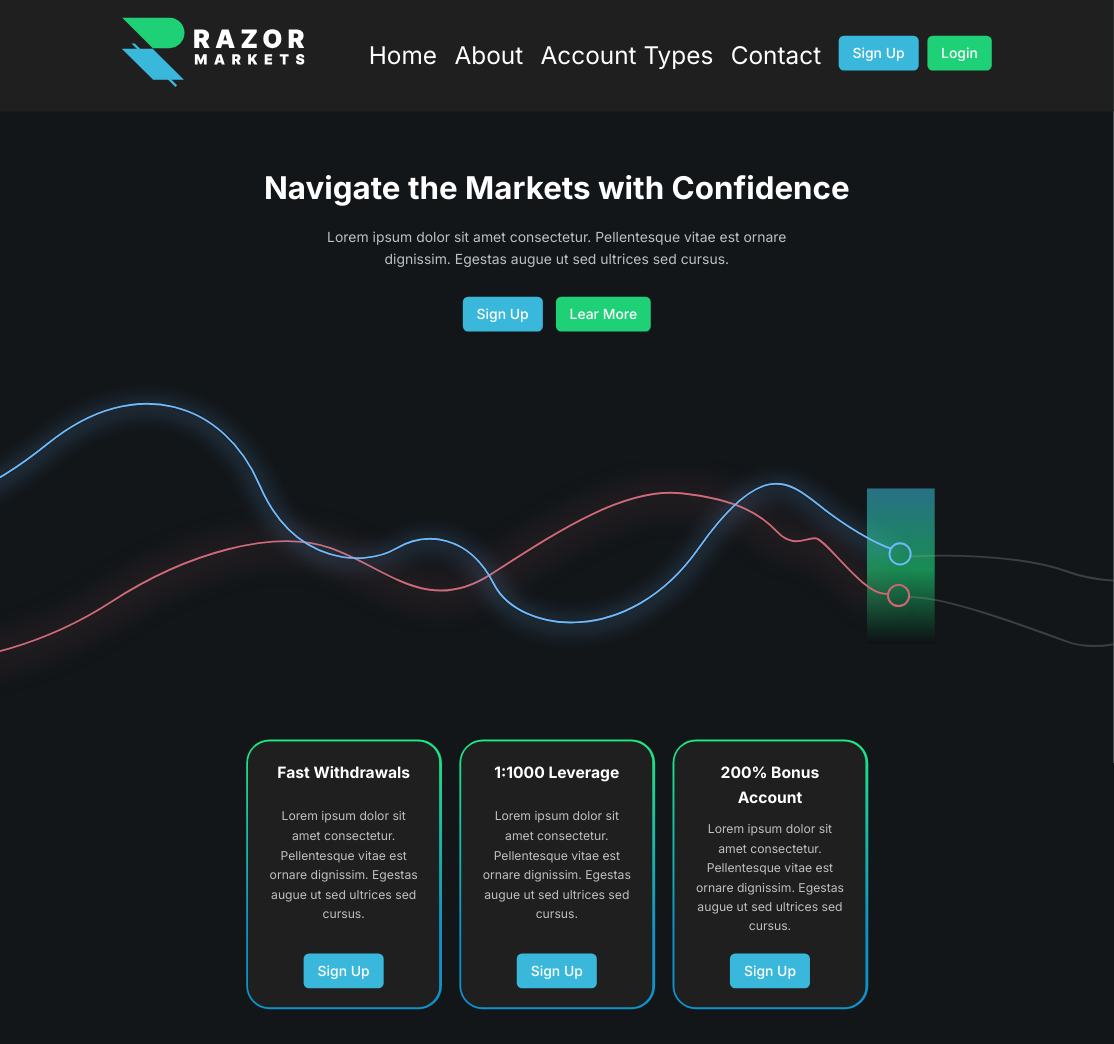
Repository: JasonMorta/razormarkets
Page: index.html
The author's editor kept a copy of each file at every save. The page is drawn from the files as they stood at one save, then again after a run of saves.
The browser window is 1280 px wide. The pictures show the whole page, at 87% of full size.

Above is the page before, as saved 2024-11-07 13:09:11.

### index.html
<!DOCTYPE html>
<html lang="en">

<head>
  <meta charset="UTF-8">
  <meta name="viewport" content="width=device-width, initial-scale=1.0">
  <title>Razor Markets</title>
  <link rel="stylesheet" href="https://cdn.jsdelivr.net/npm/bulma@1.0.2/css/bulma.min.css">
  <link rel="stylesheet" href="styles/index.css">

</head>

<body>
  <header>
    <div class="header-content">
      <div class="logo">
        <img src="./assests/svg/logo.svg" alt="Razor Markets Logo"> <!-- Use your actual logo image here -->
      </div>
      <nav>
        <ul>
          <li><a href="#home">Home</a></li>
          <li><a href="#about">About</a></li>
          <li><a href="#account-types">Account Types</a></li>
          <li><a href="#contact">Contact</a></li>
        </ul>
        <div class="auth-buttons">


          <a href="#signup"> <button class="button is-info signup" class="button">Sign Up</button></a>
          <a href="#login"><button class="button is-success login">Login</button></a>
        </div>
      </nav>
    </div>
  </header>

  <main>
    <section class="hero">
      <h1>Navigate the Markets with Confidence</h1>
      <p>Lorem ipsum dolor sit amet consectetur. Pellentesque vitae est ornare dignissim. Egestas augue ut sed ultrices
        sed cursus.</p>
      <div class="cta-buttons">
        <a href="#signup"> <button class="button is-info signup" class="button">Sign Up</button></a>
          <a href="#login"><button class="button is-success login">Lear More</button></a>
      </div>
    </section>
    <div class="wave-svg">
     <img src="./assests/svg/line_wave.svg" alt="Wave SVG">
    </div>

    <section>
     <div class="features">
      <div class="card-bg">
          <div class="feature-card">
            <h3>Fast Withdrawals</h3>
            <p>Lorem ipsum dolor sit amet consectetur. Pellentesque vitae est ornare dignissim. Egestas augue ut sed
              ultrices sed cursus.</p>
              <a href="#signup"> <button class="button is-info signup" class="button">Sign Up</button></a>
          </div>
          </div>

       <div class="card-bg">
          <div class="feature-card">
            <h3>1:1000 Leverage</h3>
            <p>Lorem ipsum dolor sit amet consectetur. Pellentesque vitae est ornare dignissim. Egestas augue ut sed
              ultrices sed cursus.</p>
              <a href="#signup"> <button class="button is-success signup" class="button">Sign Up</button></a>
          </div>
       </div>
        <div class="card-bg">
          <div class="feature-card">
            <h3>200% Bonus Account</h3>
            <p>Lorem ipsum dolor sit amet consectetur. Pellentesque vitae est ornare dignissim. Egestas augue ut sed
              ultrices sed cursus.</p>
              <a href="#signup"> <button class="button is-info signup" class="button">Sign Up</button></a>
          </div>
        </div>
     </div>
    </section>

    <section>
      <div class="hero-image-container">
        <div class="text-content">

        </div>

      </div>
    </section>

  </main>
</body>

</html>

### styles/index.css
@import "https://cdn.jsdelivr.net/npm/bulma@1.0.2/css/bulma.min.css";

@import url('https://fonts.googleapis.com/css2?family=Inter:ital,opsz,wght@0,14..32,100..900;1,14..32,100..900&display=swap');

/* Reset some basic styles */
* {
  margin: 0;
  padding: 0;
  box-sizing: border-box;
}

body {

  background-color: #121619; /* Dark background */
  color: #FFFFFF; /* Light text */
  line-height: 1.6;
}

.header-content {
  max-width: 1000px;
  display: flex;
  justify-content: space-between;
  margin: auto;
  width: 100%;
}

header {
  display: flex;
  justify-content: space-between;
  align-items: center;
  padding: 20px 40px;
  background-color: #1f1f1f; /* Header background */
}

.logo img {
  height: 80px;
}

nav {
  display: flex;
  justify-content: flex-end;
  align-items: center;
  gap: 20px;
}

nav ul {
  display: flex;
  gap: 20px;
  list-style: none;
}



nav a {
  color: #FFFFFF;
  text-decoration: none;
  font-family: "Inter", sans-serif;
  font-weight: 400;
  font-size: 28px;
}

nav li a:hover {
  color: #00d1ff; /* Light blue on hover */
}

section {
  max-width: 1440px;
  margin: auto;
  display: flex;
  flex-direction: column;
  align-items: center;

}

.auth-buttons {
  display: flex;
  gap: 10px;
}

.auth-buttons .btn {
  padding: 10px 20px;
  border-radius: 5px;
  text-decoration: none;
  font-weight: 600;
  font-size: 14px;
  width: 100px;
  height: 40px;
  text-align: center  ;
}

.signup {
  background: #3AB8DB;

  color: #FFFFFF;
}

.login {
  color: #FFFFFF;
  background: #1FD176;
}

.wave-svg img {
  width: 100%;
}

/* Hero Section */
.hero {
  text-align: center;
  padding: 60px 20px;
}

.hero h1 {
  font-size: 36px;
  font-weight: bold;
  margin-bottom: 15px;
}

.hero {
  /* border: 2px solid; */
  /* border-image-source: linear-gradient(180deg, #1EE981 0%, #0E92CA 71.61%); */
  border-image-slice: 1;
}

/*
border: 2px solid;

border-image-source: linear-gradient(180deg, #1EE981 0%, #0E92CA 71.61%);


*/

.hero p {
  font-size: 16px;
  max-width: 600px;
  margin: 0 auto 30px;
  color: #BFBFBF; /* Light gray for text */
}

.cta-buttons {
  display: flex;
  justify-content: center;
  gap: 15px;
}

.cta-buttons .btn {
  padding: 12px 25px;
  border-radius: 8px;
  text-decoration: none;
  font-weight: 600;
  font-size: 16px;
}

.primary {
  background-color: #00d1ff;
  color: #FFFFFF;
}

.secondary {
  background-color: #00FF8C;
  color: #FFFFFF;
}


/* Features Section */
.features {
  display: flex;
  justify-content: center;
  gap: 20px;
  padding: 40px 20px;
  background-color: #121619; /* Matches the dark background */
}

.card-bg {
  width: 225px;
  display: flex;
  border-radius: 27px;
  background: linear-gradient(180deg, #1EE981 0%, #0E92CA 71.61%);
  flex-direction: column;
  align-items: center;
  padding: 2px;
  justify-content: center;

}


.feature-card {
  background: #1f1f1f; /* Dark card background */
  border: 2px solid transparent;
  border-radius: 25px;
  padding: 20px;
  text-align: center;
  width: 220px;
  height: 100%;
  transition: border 0.3s ease;
  display: flex;
  flex-direction: column;
  justify-content: space-between;
}



.feature-card:hover {
  border-color: #00d1ff; /* Highlight color on hover */
}

.feature-card h3 {
  font-size: 18px;
  font-weight: bold;
  color: #FFFFFF;
  margin-bottom: 10px;
}

.feature-card p {
  font-size: 14px;
  color: #BFBFBF; /* Light gray text */
  margin-bottom: 20px;
}

.feature-card .btn {
  display: inline-block;
  padding: 10px 20px;
  border-radius: 6px;
  text-decoration: none;
  font-weight: 600;
  font-size: 14px;
  background-color: #00d1ff; /* Light blue */
  color: #FFFFFF;
  transition: background-color 0.3s ease;
}

.feature-card .btn:hover {
  background-color: #00FF8C; /* Green on hover */
}

### assests/svg/logo.svg
<svg width="236" height="90" viewBox="0 0 236 90" fill="none" xmlns="http://www.w3.org/2000/svg">
<path d="M93.5605 39.4151V15.5405H103.867C105.642 15.5405 107.189 15.8643 108.52 16.5058C109.851 17.1534 110.882 18.0767 111.619 19.2938C112.357 20.5049 112.729 21.9618 112.729 23.6526C112.729 25.3434 112.351 26.8063 111.589 27.9755C110.828 29.1446 109.773 30.032 108.406 30.6315C107.039 31.2311 105.45 31.5309 103.633 31.5309H97.4757V26.4945H102.326C103.088 26.4945 103.741 26.3986 104.281 26.2068C104.82 26.0149 105.234 25.7091 105.528 25.2894C105.822 24.8697 105.966 24.3241 105.966 23.6466C105.966 22.9691 105.822 22.4055 105.528 21.9738C105.234 21.5422 104.82 21.2244 104.281 21.0205C103.741 20.8167 103.088 20.7148 102.326 20.7148H100.042V39.4151H93.5605ZM107.548 28.4551L113.52 39.4151H106.481L100.653 28.4551H107.554H107.548Z" fill="white"/>
<path d="M128.239 39.4151H121.242L129.12 15.5405H137.982L145.86 39.4151H138.863L133.641 22.1177H133.455L128.233 39.4151H128.239ZM126.932 29.996H140.08V34.8465H126.932V29.996Z" fill="white"/>
<path d="M154.805 39.4151V35.8237L166.088 20.7627H154.853V15.5405H174.344V19.1319L163.061 34.1929H174.296V39.4151H154.805Z" fill="white"/>
<path d="M206.092 27.4779C206.092 30.1339 205.577 32.3763 204.539 34.199C203.508 36.0216 202.111 37.4006 200.354 38.3359C198.598 39.2713 196.637 39.7389 194.479 39.7389C192.32 39.7389 190.336 39.2653 188.585 38.324C186.834 37.3826 185.443 35.9977 184.412 34.175C183.381 32.3523 182.865 30.1219 182.865 27.4779C182.865 24.8338 183.381 22.5794 184.412 20.7568C185.443 18.9341 186.834 17.5551 188.585 16.6198C190.336 15.6845 192.302 15.2168 194.479 15.2168C196.655 15.2168 198.598 15.6845 200.354 16.6198C202.111 17.5551 203.508 18.9341 204.539 20.7568C205.571 22.5794 206.092 24.8218 206.092 27.4779ZM199.425 27.4779C199.425 26.0509 199.239 24.8398 198.862 23.8565C198.484 22.8732 197.932 22.1298 197.195 21.6201C196.463 21.1105 195.558 20.8587 194.485 20.8587C193.412 20.8587 192.506 21.1105 191.775 21.6201C191.043 22.1298 190.486 22.8732 190.108 23.8565C189.73 24.8398 189.544 26.0449 189.544 27.4779C189.544 28.9108 189.73 30.1159 190.108 31.0992C190.486 32.0825 191.043 32.826 191.775 33.3356C192.506 33.8452 193.412 34.097 194.485 34.097C195.558 34.097 196.457 33.8452 197.195 33.3356C197.932 32.826 198.484 32.0825 198.862 31.0992C199.239 30.1159 199.425 28.9108 199.425 27.4779Z" fill="white"/>
<path d="M215.639 39.4151V15.5405H225.945C227.72 15.5405 229.267 15.8643 230.598 16.5058C231.929 17.1534 232.96 18.0767 233.698 19.2938C234.435 20.5049 234.807 21.9618 234.807 23.6526C234.807 25.3434 234.429 26.8063 233.668 27.9755C232.906 29.1446 231.851 30.032 230.484 30.6315C229.123 31.2311 227.528 31.5309 225.711 31.5309H219.554V26.4945H224.404C225.166 26.4945 225.819 26.3986 226.359 26.2068C226.898 26.0149 227.312 25.7091 227.606 25.2894C227.9 24.8697 228.044 24.3241 228.044 23.6466C228.044 22.9691 227.9 22.4055 227.606 21.9738C227.312 21.5422 226.898 21.2244 226.359 21.0205C225.819 20.8167 225.166 20.7148 224.404 20.7148H222.12V39.4151H215.639ZM229.626 28.4551L235.598 39.4151H228.559L222.731 28.4551H229.632H229.626Z" fill="white"/>
<path d="M94.4121 47.5693H98.8789L101.955 55.0579H102.11L105.186 47.5693H109.653V60.7957H106.14V53.1513H106.038L103.094 60.6938H100.977L98.0335 53.0973H97.9315V60.7957H94.4181V47.5693H94.4121Z" fill="white"/>
<path d="M123.209 60.7957H119.336L123.701 47.5693H128.611L132.976 60.7957H129.103L126.207 51.2147H126.105L123.209 60.7957ZM122.49 55.5795H129.774V58.2655H122.49V55.5795Z" fill="white"/>
<path d="M142.658 60.7957V47.5693H148.366C149.349 47.5693 150.207 47.7492 150.944 48.103C151.682 48.4627 152.251 48.9723 152.665 49.6438C153.073 50.3153 153.276 51.1188 153.276 52.0601C153.276 53.0014 153.067 53.8048 152.647 54.4583C152.227 55.1058 151.64 55.5975 150.884 55.9332C150.129 56.263 149.247 56.4309 148.24 56.4309H144.829V53.6429H147.515C147.934 53.6429 148.294 53.589 148.594 53.487C148.894 53.3791 149.121 53.2112 149.283 52.9774C149.445 52.7436 149.523 52.4438 149.523 52.0661C149.523 51.6883 149.445 51.3766 149.283 51.1427C149.121 50.9029 148.894 50.729 148.594 50.6151C148.294 50.5012 147.934 50.4412 147.515 50.4412H146.25V60.8017H142.658V60.7957ZM150.405 54.7281L153.708 60.7957H149.805L146.579 54.7281H150.405Z" fill="white"/>
<path d="M163.217 60.7957V47.5693H166.808V52.9174H166.988L170.963 47.5693H175.148L170.681 53.457L175.25 60.7897H170.963L167.995 55.8313L166.808 57.3782V60.7897H163.217V60.7957Z" fill="white"/>
<path d="M184.627 60.7957V47.5693H194.16V50.4652H188.218V52.7376H193.668V55.6335H188.218V57.9058H194.136V60.8017H184.633L184.627 60.7957Z" fill="white"/>
<path d="M204 50.4652V47.5693H215.494V50.4652H211.519V60.7957H207.981V50.4652H204.006H204Z" fill="white"/>
<path d="M232.383 51.7064C232.347 51.2747 232.191 50.9389 231.903 50.6991C231.615 50.4593 231.183 50.3394 230.602 50.3394C230.23 50.3394 229.93 50.3813 229.696 50.4713C229.463 50.5612 229.289 50.6811 229.175 50.831C229.061 50.9809 229.007 51.1548 229.001 51.3466C228.995 51.5085 229.019 51.6464 229.091 51.7783C229.163 51.9102 229.265 52.0182 229.409 52.1201C229.553 52.222 229.744 52.3119 229.972 52.3959C230.2 52.4798 230.47 52.5518 230.788 52.6177L231.873 52.8515C232.604 53.0074 233.234 53.2113 233.75 53.4631C234.271 53.7149 234.697 54.0147 235.027 54.3565C235.356 54.6982 235.602 55.0819 235.758 55.5076C235.914 55.9333 235.998 56.401 235.998 56.9046C235.998 57.774 235.776 58.5114 235.344 59.111C234.913 59.7105 234.301 60.1722 233.504 60.484C232.706 60.7958 231.747 60.9576 230.626 60.9576C229.505 60.9576 228.473 60.7898 227.622 60.448C226.765 60.1063 226.105 59.5846 225.631 58.8772C225.158 58.1697 224.924 57.2643 224.918 56.1551H228.329C228.353 56.5628 228.455 56.8986 228.635 57.1744C228.815 57.4502 229.073 57.66 229.403 57.7979C229.732 57.9418 230.122 58.0138 230.578 58.0138C230.962 58.0138 231.279 57.9658 231.543 57.8699C231.801 57.774 231.999 57.6421 232.131 57.4742C232.263 57.3063 232.335 57.1144 232.335 56.8986C232.335 56.6947 232.263 56.5209 232.137 56.365C232.011 56.2091 231.801 56.0772 231.513 55.9513C231.225 55.8314 230.836 55.7115 230.344 55.6035L229.025 55.3217C227.856 55.0699 226.932 54.6442 226.261 54.0447C225.589 53.4451 225.254 52.6357 225.26 51.5985C225.26 50.7591 225.482 50.0216 225.931 49.3921C226.381 48.7625 227.016 48.2709 227.826 47.9171C228.635 47.5634 229.559 47.3895 230.608 47.3895C231.657 47.3895 232.598 47.5694 233.378 47.9231C234.157 48.2829 234.757 48.7805 235.182 49.428C235.608 50.0756 235.818 50.831 235.824 51.7004H232.389L232.383 51.7064Z" fill="white"/>
<path d="M69.772 87.866L69.3523 88.2917L36.1425 55.4176L35.8727 55.1478L35.5369 54.8181L35.2731 54.5543L16.0392 35.5181L15.4336 34.9186H16.285L16.8905 35.5181L35.2731 53.7149L35.8727 54.3084L36.3883 54.8181L36.9939 55.4176L69.772 87.866Z" fill="#3AB9DC"/>
<path d="M69.3641 89.9885L12.5195 33.7195H16.7764L71.4686 87.854L69.3641 89.9885Z" fill="#3AB9DC"/>
<path d="M80.2575 80.6893H40.5185L0 40.5845V40.4706H19.9355H39.8709L40.5724 41.1721L41.172 41.7656L80.2575 80.6893Z" fill="#3AB8DB"/>
<path d="M81.0431 19.9355C81.0431 30.9315 72.0976 39.8709 61.1077 39.8709H40.117L0.078125 0H61.1077C72.0976 0 81.0431 8.94548 81.0431 19.9355Z" fill="#1FD176"/>
</svg>

### assests/svg/line_wave.svg
<svg width="1440" height="406" viewBox="0 0 1440 406" fill="none" xmlns="http://www.w3.org/2000/svg">
<rect opacity="0.56" x="1121.12" y="135.471" width="87.5769" height="201.029" fill="url(#paint0_linear_168_234)"/>
<circle cx="1163.91" cy="220.063" r="13.6779" stroke="#6FBAFC" stroke-width="2.5"/>
<circle cx="1161.92" cy="273.803" r="13.6779" stroke="#D06776" stroke-width="2.5"/>
<path d="M1177.01 223.5C1218.14 221.178 1319.36 220.532 1379.87 242.824C1440.37 265.117 1523.17 252.113 1557.01 242.824" stroke="#9C9C9C" stroke-opacity="0.3" stroke-width="2.5"/>
<path d="M1175.51 276C1216.64 273.678 1319.36 311.222 1379.87 333.514C1440.37 355.807 1523.17 305.853 1557.01 296.565" stroke="#9C9C9C" stroke-opacity="0.3" stroke-width="2.5"/>
<g filter="url(#filter0_d_168_234)">
<path d="M-50.9902 356C-47.0494 356 47.5295 344.723 144.079 281.894C240.628 219.064 354.911 186.844 427.816 212.62C500.72 238.396 551.951 299.615 634.707 246.451C717.464 193.288 806.131 133.681 881.006 141.736C955.881 149.791 985.437 170.734 1005.14 191.677C1024.85 212.62 1040.61 199.732 1054.4 199.732C1068.19 199.732 1117.95 276.333 1147.51 271.5" stroke="#D06978" stroke-width="2.5"/>
</g>
<g filter="url(#filter1_d_168_234)">
<path d="M-97 151.313C-81.2901 156.829 -27.33 149.658 62.8311 76.8383C175.533 -14.1858 290.283 25.1201 335.364 130.625C380.444 236.131 472.655 236.131 511.588 213.375C550.521 190.619 605.847 194.756 638.633 258.887C671.419 323.017 812.808 341.636 902.969 213.375C993.13 85.1134 1025.92 132.694 1073.05 167.863C1110.75 195.997 1142.03 209.927 1152.96 213.375" stroke="#6FBAFC" stroke-width="2.5"/>
</g>
<defs>
<filter id="filter0_d_168_234" x="-94.9902" y="99.75" width="1286.7" height="305.5" filterUnits="userSpaceOnUse" color-interpolation-filters="sRGB">
<feFlood flood-opacity="0" result="BackgroundImageFix"/>
<feColorMatrix in="SourceAlpha" type="matrix" values="0 0 0 0 0 0 0 0 0 0 0 0 0 0 0 0 0 0 127 0" result="hardAlpha"/>
<feOffset dy="4"/>
<feGaussianBlur stdDeviation="22"/>
<feComposite in2="hardAlpha" operator="out"/>
<feColorMatrix type="matrix" values="0 0 0 0 0.815686 0 0 0 0 0.403922 0 0 0 0 0.462745 0 0 0 1 0"/>
<feBlend mode="normal" in2="BackgroundImageFix" result="effect1_dropShadow_168_234"/>
<feBlend mode="normal" in="SourceGraphic" in2="effect1_dropShadow_168_234" result="shape"/>
</filter>
<filter id="filter1_d_168_234" x="-125.414" y="0.74939" width="1306.75" height="341.135" filterUnits="userSpaceOnUse" color-interpolation-filters="sRGB">
<feFlood flood-opacity="0" result="BackgroundImageFix"/>
<feColorMatrix in="SourceAlpha" type="matrix" values="0 0 0 0 0 0 0 0 0 0 0 0 0 0 0 0 0 0 127 0" result="hardAlpha"/>
<feOffset dy="4"/>
<feGaussianBlur stdDeviation="14"/>
<feComposite in2="hardAlpha" operator="out"/>
<feColorMatrix type="matrix" values="0 0 0 0 0.435294 0 0 0 0 0.729412 0 0 0 0 0.988235 0 0 0 1 0"/>
<feBlend mode="normal" in2="BackgroundImageFix" result="effect1_dropShadow_168_234"/>
<feBlend mode="normal" in="SourceGraphic" in2="effect1_dropShadow_168_234" result="shape"/>
</filter>
<linearGradient id="paint0_linear_168_234" x1="1164.9" y1="135.471" x2="1164.9" y2="336.5" gradientUnits="userSpaceOnUse">
<stop stop-color="#3AB8DB"/>
<stop offset="0.516" stop-color="#1EE981"/>
<stop offset="1" stop-color="#0A0C10"/>
</linearGradient>
</defs>
</svg>

After the next 2 saves:
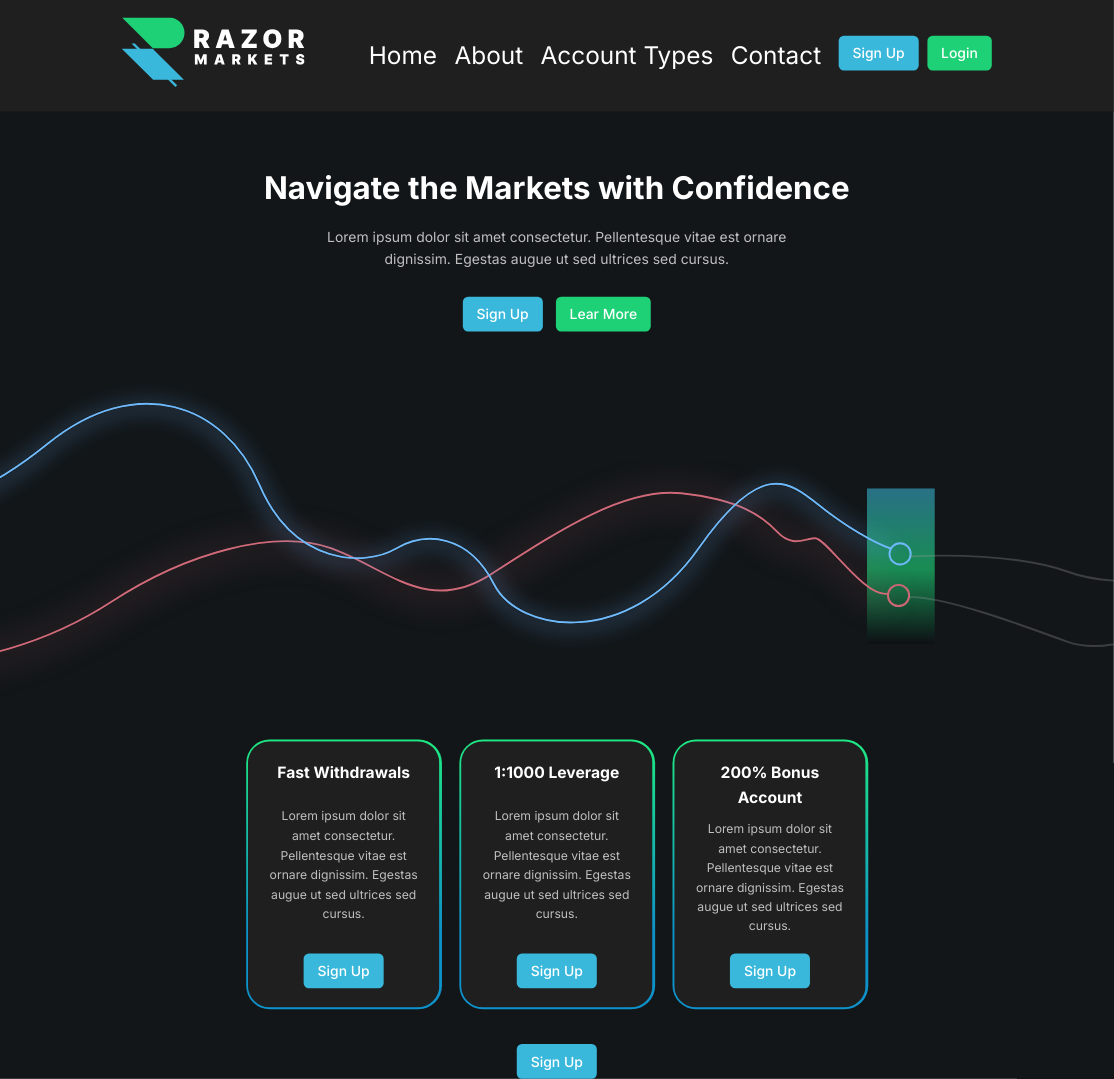
The 2 saves are shown as one change because they came seconds apart.
The last was saved 14 s later.
--- a/index.html
+++ b/index.html
@@ -81,6 +81,7 @@
       <div class="hero-image-container">
         <div class="text-content">
 
+          <a href="#signup"> <button class="button is-info signup" class="button">Sign Up</button></a>
         </div>
 
       </div>
